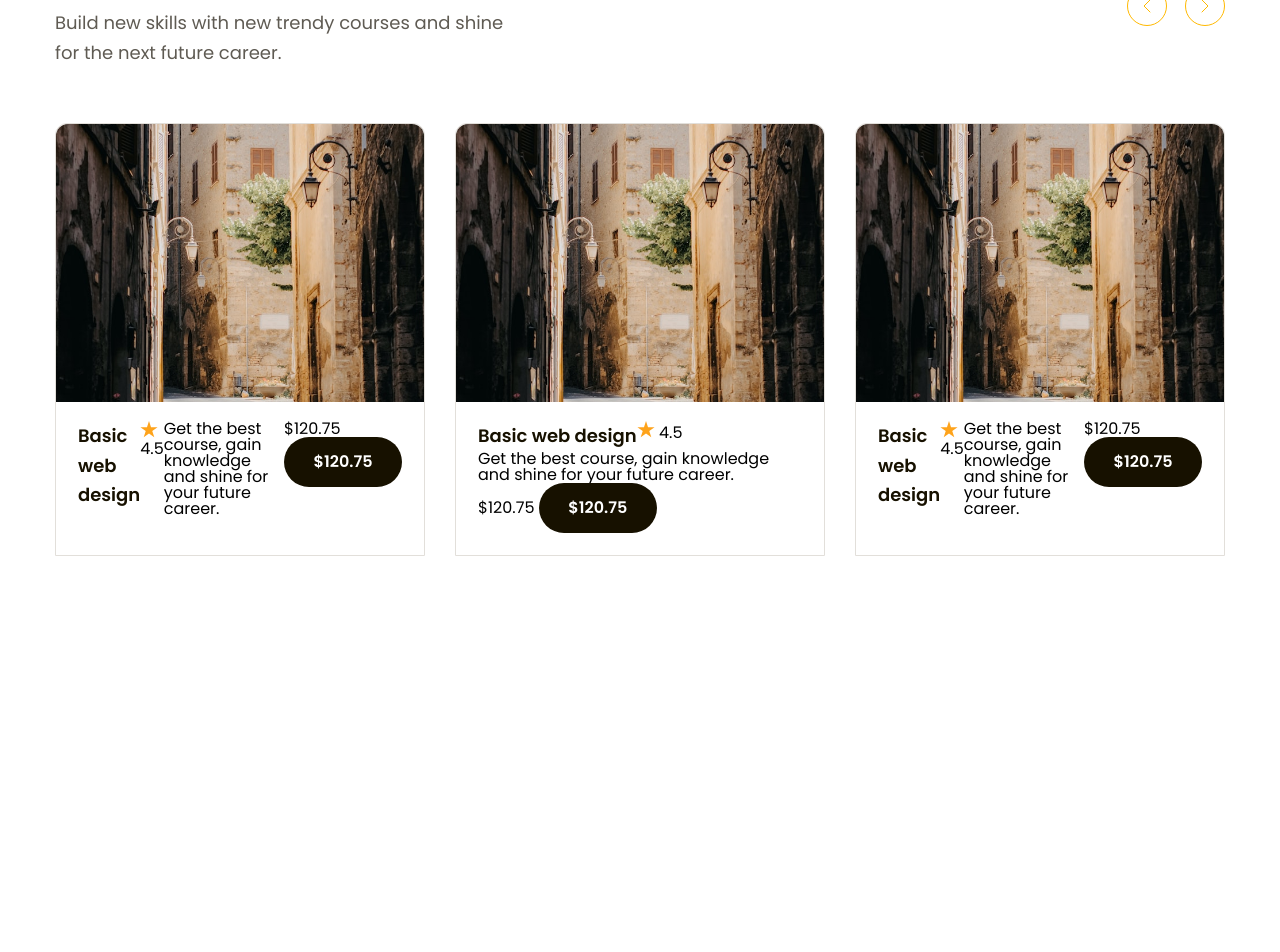
Repository: empty24062002/f8-htmlcss-02-pratice
Page: index.html
These files come from the project's save history. The page is drawn as it stood at one moment and after the next save; the edit follows.
The browser window is 1280 px wide. The pictures show the part of the page from y = 1128 to 2080 px (the page is 5187 px tall).
A picture or video elsewhere on the page could not be fetched, so the positions and the page height are approximate.

Above is the page before, as saved 2023-07-19 08:04:50.

### index.html
<!DOCTYPE html>
<html lang="en">
    <head>
        <meta charset="UTF-8" />
        <meta name="viewport" content="width=device-width, initial-scale=1.0" />
        <title>F8 Project 02 Practice</title>
        <!-- Reset CSS -->
        <link rel="stylesheet" href="./assets/css/reset.css" />
        <!-- Embed font -->
        <link rel="preconnect" href="https://fonts.googleapis.com" />
        <link rel="preconnect" href="https://fonts.gstatic.com" crossorigin />
        <link
            href="https://fonts.googleapis.com/css2?family=Poppins:wght@400;500;600;700&family=Sen:wght@700&display=swap"
            rel="stylesheet"
        />
        <link rel="stylesheet" href="./assets/css/styles.css" />
    </head>
    <body>
        <!-- Header -->
        <header class="header fixed">
            <div class="main-content">
                <div class="body">
                    <img
                        src="./assets/img/logo.svg"
                        alt="lesson."
                        class="logo"
                    />
                    <!-- nav -->
                    <nav class="nav">
                        <ul>
                            <li class="active">
                                <a href="#!">Home</a>
                            </li>
                            <li>
                                <a href="#!">Courses</a>
                            </li>
                            <li>
                                <a href="#!">Pricing</a>
                            </li>
                            <li>
                                <a href="#!">Reviews</a>
                            </li>
                        </ul>
                    </nav>
                    <!-- Action -->
                    <div class="action">
                        <a href="#!" class="btn sign-up-btn">Sign Up</a>
                    </div>
                </div>
            </div>
        </header>
        <main style="height: 5000px">
            <!-- hero -->
            <div class="hero">
                <div class="main-content">
                    <div class="hero-body">
                        <!-- Hero left -->
                        <div class="media-block">
                            <img
                                src="./assets/img/hero-media.jpg"
                                alt="Learn without limits and spread knowledge."
                                class="img"
                            />
                            <div class="hero-summary">
                                <!-- Item 1 -->
                                <div class="item">
                                    <div class="icon">
                                        <img
                                            src="./assets/icons/icon1.svg"
                                            alt=""
                                        />
                                    </div>
                                    <div class="info">
                                        <p class="lable">20 Courses</p>
                                        <p class="title">UI/UX Design</p>
                                    </div>
                                </div>
                                <!-- Item 2 -->
                                <div class="item">
                                    <div class="icon">
                                        <img
                                            src="./assets/icons/icon2.svg"
                                            alt=""
                                        />
                                    </div>
                                    <div class="info">
                                        <p class="lable">20 Courses</p>
                                        <p class="title">Development</p>
                                    </div>
                                </div>
                                <!-- Item 3 -->
                                <div class="item">
                                    <div class="icon">
                                        <img
                                            src="./assets/icons/icon 3.svg"
                                            alt=""
                                        />
                                    </div>
                                    <div class="info">
                                        <p class="lable">30 Courses</p>
                                        <p class="title">Marketing</p>
                                    </div>
                                </div>
                            </div>
                        </div>
                        <!-- Hero right -->
                        <div class="content-block">
                            <h1 class="heading lv1">
                                Learn without limits and spread knowledge.
                            </h1>
                            <p class="desc">
                                Build new skills for that “this is my year”
                                feeling with courses, certificates, and degrees
                                from world-class universities and companies.
                            </p>
                            <div class="cta-group">
                                <a href="" class="btn cta-btn">See Courses</a>
                                <button class="watch-video">
                                    <div class="icon">
                                        <img
                                            src="./assets/icons/watch-video.svg"
                                            alt=""
                                        />
                                    </div>
                                    <span>Watch video</span>
                                </button>
                            </div>
                            <p class="desc">Recent engagement</p>
                            <p class="desc stats">
                                <strong>50K</strong> Students
                                <strong>70+</strong> Courses
                            </p>
                        </div>
                    </div>
                </div>
            </div>
            <!-- Popular -->
            <div class="popular">
                <div class="main-content">
                    <div class="popular-top">
                        <div class="info">
                            <h2 class="heading lv2">Our popular courses</h2>
                            <p class="desc">
                                Build new skills with new trendy courses and
                                shine for the next future career.
                            </p>
                        </div>
                        <div class="controls">
                            <button class="control-btn">
                                <svg
                                    width="8"
                                    height="14"
                                    viewBox="0 0 8 14"
                                    fill="none"
                                    xmlns="http://www.w3.org/2000/svg"
                                >
                                    <path
                                        d="M7 1L1 7L7 13"
                                        stroke="currentColor"
                                        stroke-linecap="round"
                                        stroke-linejoin="round"
                                    />
                                </svg>
                            </button>
                            <button class="control-btn">
                                <svg
                                    width="8"
                                    height="14"
                                    viewBox="0 0 8 14"
                                    fill="none"
                                    xmlns="http://www.w3.org/2000/svg"
                                >
                                    <path
                                        d="M1 1L7 7L1 13"
                                        stroke="currentColor"
                                        stroke-linecap="round"
                                        stroke-linejoin="round"
                                    />
                                </svg>
                            </button>
                        </div>
                    </div>
                    <div class="course-list">
                        <!-- Course item 1 -->
                        <div class="course-item">
                            <a href="#!">
                                <img
                                    src="./assets/img/popular-1.jpg"
                                    alt=""
                                    class="thumb"
                                />
                            </a>
                            <div class="info">
                                <div class="head">
                                    <h3 class="title">
                                        <a href="">Basic web design</a>
                                    </h3>
                                    <div class="rating">
                                        <img
                                            src="./assets/icons/star.svg"
                                            alt=""
                                            class="star"
                                        />
                                        <span class="value">4.5</span>
                                    </div>
                                    <p class="desc">
                                        Get the best course, gain knowledge and
                                        shine for your future career.
                                    </p>
                                    <div class="foot">
                                        <span class="price"> $120.75 </span>
                                        <a href="#!" class="btn">$120.75</a>
                                    </div>
                                </div>
                            </div>
                        </div>
                        <!-- Course item 2 -->
                        <div class="course-item">
                            <a href="#!">
                                <img
                                    src="./assets/img/popular-1.jpg"
                                    alt=""
                                    class="thumb"
                                />
                            </a>
                            <div class="info">
                                <div class="head">
                                    <h3 class="title">
                                        <a href="">Basic web design</a>
                                    </h3>
                                    <div class="rating">
                                        <img
                                            src="./assets/icons/star.svg"
                                            alt=""
                                            class="star"
                                        />
                                        <span class="value">4.5</span>
                                    </div>
                                </div>
                                <p class="desc">
                                    Get the best course, gain knowledge and
                                    shine for your future career.
                                </p>
                                <div class="foot">
                                    <span class="price"> $120.75 </span>
                                    <a href="#!" class="btn">$120.75</a>
                                </div>
                            </div>
                        </div>
                        <!-- Course Item 3 -->
                        <div class="course-item">
                            <a href="#!">
                                <img
                                    src="./assets/img/popular-1.jpg"
                                    alt=""
                                    class="thumb"
                                />
                            </a>
                            <div class="info">
                                <div class="head">
                                    <h3 class="title">
                                        <a href="">Basic web design</a>
                                    </h3>
                                    <div class="rating">
                                        <img
                                            src="./assets/icons/star.svg"
                                            alt=""
                                            class="star"
                                        />
                                        <span class="value">4.5</span>
                                    </div>
                                    <p class="desc">
                                        Get the best course, gain knowledge and
                                        shine for your future career.
                                    </p>
                                    <div class="foot">
                                        <span class="price"> $120.75 </span>
                                        <a href="#!" class="btn">$120.75</a>
                                    </div>
                                </div>
                            </div>
                        </div>
                    </div>
                </div>
            </div>
        </main>
    </body>
</html>

### assets/css/styles.css
* {
    box-sizing: border-box;
}

:root {
    --font-heading: Sen, sans-serif;
    --primary-color: #ffb900;
    --secondary-color: #171100;
}

html {
    font-size: 62.5%;
}

body {
    font-size: 1.6rem;
    font-family: "Poppins", sans-serif;
}

/* Common */
a {
    text-decoration: none;
}

.main-content {
    width: 1170px;
    max-width: calc(100% - 48px);
    margin-left: auto;
    margin-right: auto;
}

.btn {
    display: inline-block;
    width: 118px;
    line-height: 50px;
    font-size: 1.6rem;
    font-weight: 600;
    text-align: center;
    color: #ffffff;
    background: var(--secondary-color);
    border-radius: 999px;
}

.btn:hover {
    opacity: 0.9;
    cursor: pointer;
}

.heading {
    color: var(--secondary-color);
    font-family: var(--font-heading);
    font-size: 5.8rem;
    letter-spacing: -0.02em;
}

.heading.lv1 {
    font-weight: 700;
    line-height: 1.17;
}
.heading.lv2 {
    font-size: 3.8rem;
    line-height: 1.26;
}

/* Header */
.header {
    padding: 56px 0 65px;
    background: #fffcf4;
}

.header.fixed {
    position: sticky;
    margin-top: -28px;
}

.header .body {
    display: flex;
    align-items: center;
    padding: 36px 0 8px;
}

.nav {
    margin-left: auto;
}

.nav ul {
    display: flex;
}

.nav a {
    position: relative;
    padding: 8px 21px;
    font-size: 1.6rem;
    font-weight: 400;
    color: var(--secondary-color);
}

.nav a:hover,
.nav li.active a {
    text-shadow: 1px 0 0 currentColor;
    color: var(--secondary-color);
}

.nav li.active a::after {
    position: absolute;
    left: 21px;
    bottom: 6px;
    content: "";
    display: block;
    width: 12px;
    height: 2px;
    border-radius: 1px;
    background-color: var(--secondary-color);
}

.header .sign-up-btn {
    min-width: 144px;
    border-radius: 25px;
}

.header .action {
    margin-left: 49px;
}

/* Hero */
.hero {
    background: #fffcf4;
    padding-top: 64px 0 65px;
}

.hero .hero-body {
    display: flex;
}

/* hero left */
.hero .media-block {
    width: 48%;
    position: relative;
}

.hero .media-block .img {
    width: 470px;
    height: 685px;
    object-fit: cover;
    border-radius: 20px;
    vertical-align: bottom;
}

.hero-summary {
    position: absolute;
    padding: 24px 28px;
    bottom: 48px;
    right: 0;
    width: 270px;
    border-radius: 12px;
    background-color: #ffffff;
    box-shadow: 0px 16px 32px 0px #0000000d;
}

.hero-summary .item {
    display: flex;
    align-items: center;
}

.hero-summary .item + .item {
    margin-top: 22px;
}

.hero-summary .icon {
    display: flex;
    align-items: center;
    justify-content: center;
    width: 48px;
    height: 48px;
    background-color: #fff9e8;
    border-radius: 50%;
}

.hero-summary .item:nth-of-type(2) .icon {
    background: #fcefff;
}
.hero-summary .item:nth-of-type(3) .icon {
    background: #ebeaff;
}

.hero-summary .info {
    margin-left: 16px;
}

.hero-summary .lable {
    color: #5f5b53;
    font-size: 1.4rem;
    font-weight: 400;
    line-height: 1.85;
}

.hero-summary .title {
    color: var(--secondary-color);
    font-size: 1.8rem;
    font-weight: 600;
    line-height: 1.66;
}
/* Hero right */
.hero .content-block {
    width: 52%;
    padding: 64px 0 0 130px;
}

.hero .desc {
    margin-top: 22px;
    color: #5f5b53;
    font-size: 1.8rem;
    font-weight: 400;
    line-height: 1.66;
}

.hero .cta-group {
    display: flex;
    align-items: center;
    margin: 38px 0 48px;
}

.hero .cta-btn {
    min-width: 180px;
    line-height: 64px;
    background-color: var(--primary-color);
}

.hero .watch-video {
    display: flex;
    justify-content: center;
    align-items: center;
    margin-left: 28px;
    border: none;
    background-color: transparent;
}

.hero .watch-video .icon {
    display: flex;
    align-items: center;
    justify-content: center;
    width: 40px;
    height: 40px;
    border-radius: 50%;
    background-color: #ffffff;
    box-shadow: 0px 8px 16px 0px #00000012;
}

.hero .watch-video span {
    margin-left: 14px;
    color: var(--secondary-color);
    font-size: 1.8rem;
    font-weight: 600;
    line-height: 1.66;
}

.hero .stats {
    margin: 8px 0 0 -28px;
}

.hero .stats strong {
    padding: 0 8px 0 28px;
    color: var(--secondary-color);
    font-family: var(--font-heading);
    font-size: 4.4rem;
    font-weight: 700;
    line-height: 1.22;
}
/* Popular */
.popular {
    padding: 65px 0;
    margin-top: 135px;
}

.popular-top {
    display: flex;
    justify-content: space-between;
    align-items: center;
}

.popular-top .desc {
    width: 458px;
    margin-top: 16px;
    color: #5f5b53;
    font-size: 1.8rem;
    font-weight: 400;
    line-height: 1.66;
}

.popular-top .controls {
    display: flex;
    gap: 18px;
}

.popular-top .control-btn {
    display: flex;
    justify-content: center;
    align-items: center;
    width: 40px;
    height: 40px;
    color: var(--primary-color);
    border: 1px solid var(--primary-color);
    border-radius: 50%;
    background-color: transparent;
    cursor: pointer;
}

.popular-top .control-btn:hover {
    color: #fff9e8;
    background-color: var(--primary-color);
}

.popular .course-list {
    display: flex;
    gap: 30px;
    margin-top: 55px;
}

.popular .course-item {
    flex: 1;
    width: 370px;
    background-color: #ffffff;
    border: 1px solid #e2dfda;
    border-radius: 12px 12px 0px 0px;
}

.popular .course-item:hover {
    border-color: transparent;
    box-shadow: 0px 18px 36px 0px #0000000d;
}

.popular .course-item .thumb {
    width: 100%;
    height: 278px;
    object-fit: cover;
    border-radius: 12px 12px 0px 0px;
}
.popular .course-item .info {
    padding: 16px 22px 22px;
}

.popular .course-item .title a {
    color: var(--secondary-color);
    font-size: 1.8rem;
    font-weight: 600;
    line-height: 1.66;
}

.popular .course-item .head {
    display: flex;
}

Loaded but not shown: assets/css/reset.css (common file)

After the next save:
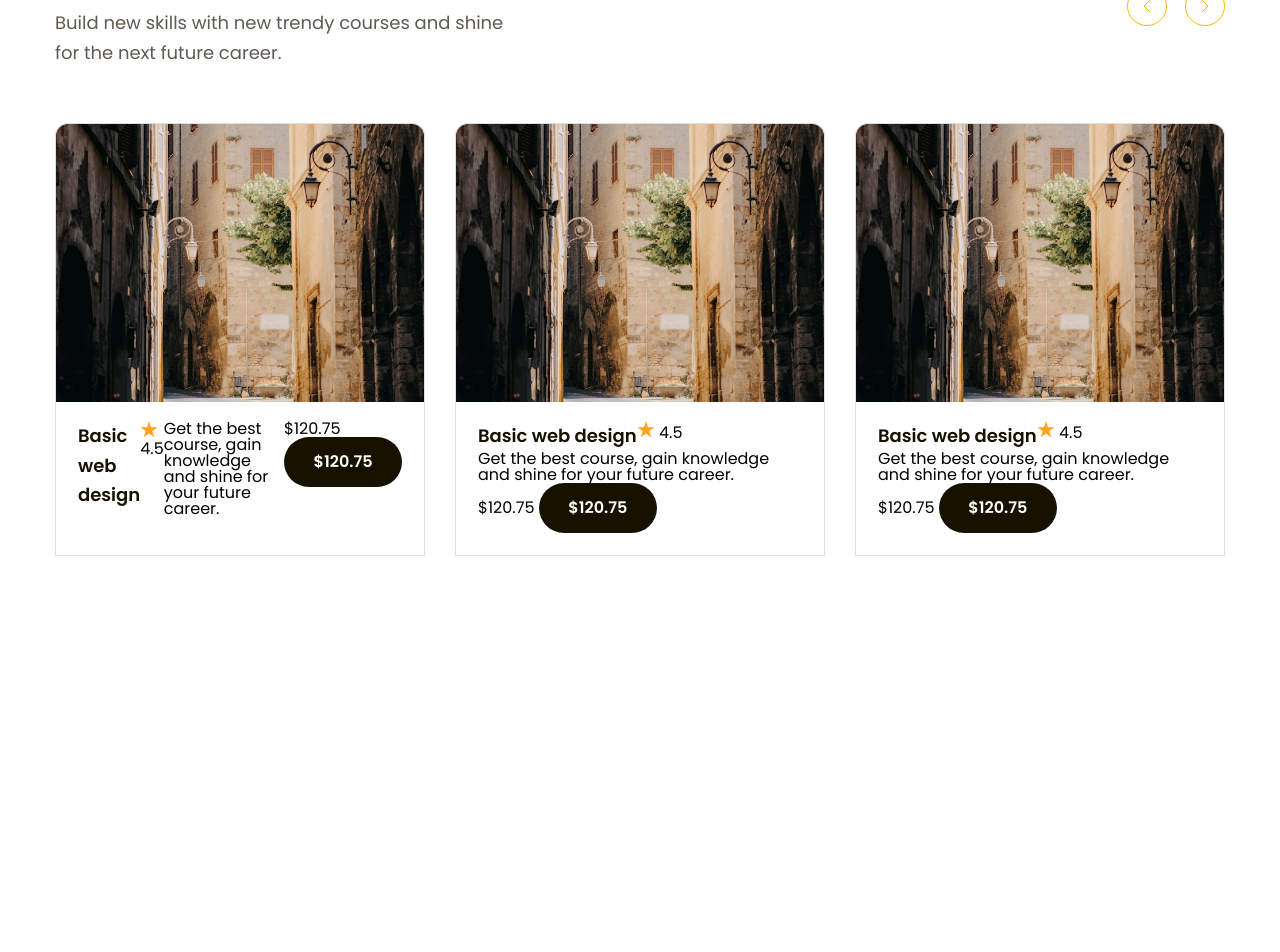
Saved 29 s later.
--- a/index.html
+++ b/index.html
@@ -269,14 +269,14 @@
                                         />
                                         <span class="value">4.5</span>
                                     </div>
-                                    <p class="desc">
-                                        Get the best course, gain knowledge and
-                                        shine for your future career.
-                                    </p>
-                                    <div class="foot">
-                                        <span class="price"> $120.75 </span>
-                                        <a href="#!" class="btn">$120.75</a>
-                                    </div>
+                                </div>
+                                <p class="desc">
+                                    Get the best course, gain knowledge and
+                                    shine for your future career.
+                                </p>
+                                <div class="foot">
+                                    <span class="price"> $120.75 </span>
+                                    <a href="#!" class="btn">$120.75</a>
                                 </div>
                             </div>
                         </div>
